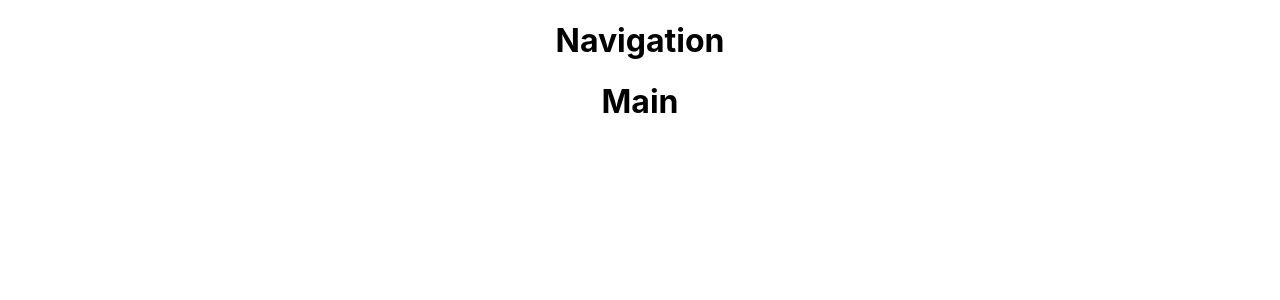
Repository: Prafullkuma/labsdata
Page: /
The author's editor kept a copy of each file at every save. The page is drawn from the files as they stood at one save, then again after the next save.
The browser window is 1280 px wide. The pictures show the whole page.
The project was rebuilt for these pictures with package versions that can differ from the ones it lists, and the page was loaded fresh each time. Also part of the build but not shown: src/Component/Admin.js, src/Auth/Login.js, src/Auth/Signup.js, src/Auth/Logout.js.

Above is the page before, as saved 2020-08-24 22:24:14.

After the next save:
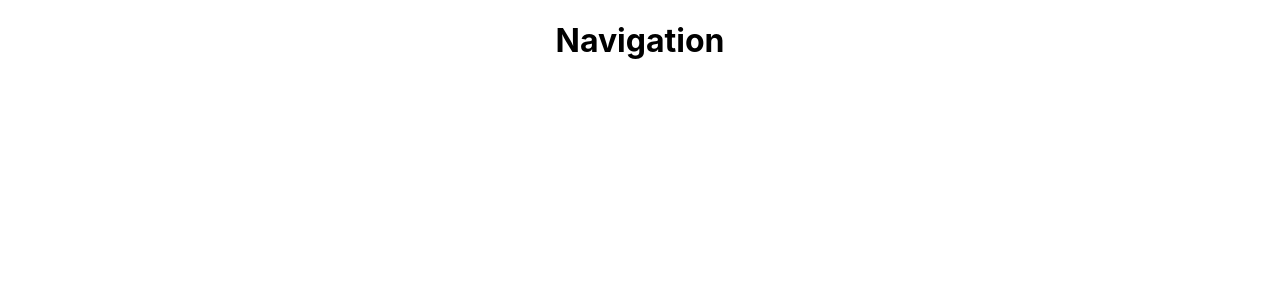
Saved 10 s later.
--- a/src/Component/Main.js
+++ b/src/Component/Main.js
@@ -3,7 +3,7 @@ import './Main.css'
 function Main() {
     return (
         <div>
-            <h1>Main</h1>
+
         </div>
     )
 }
